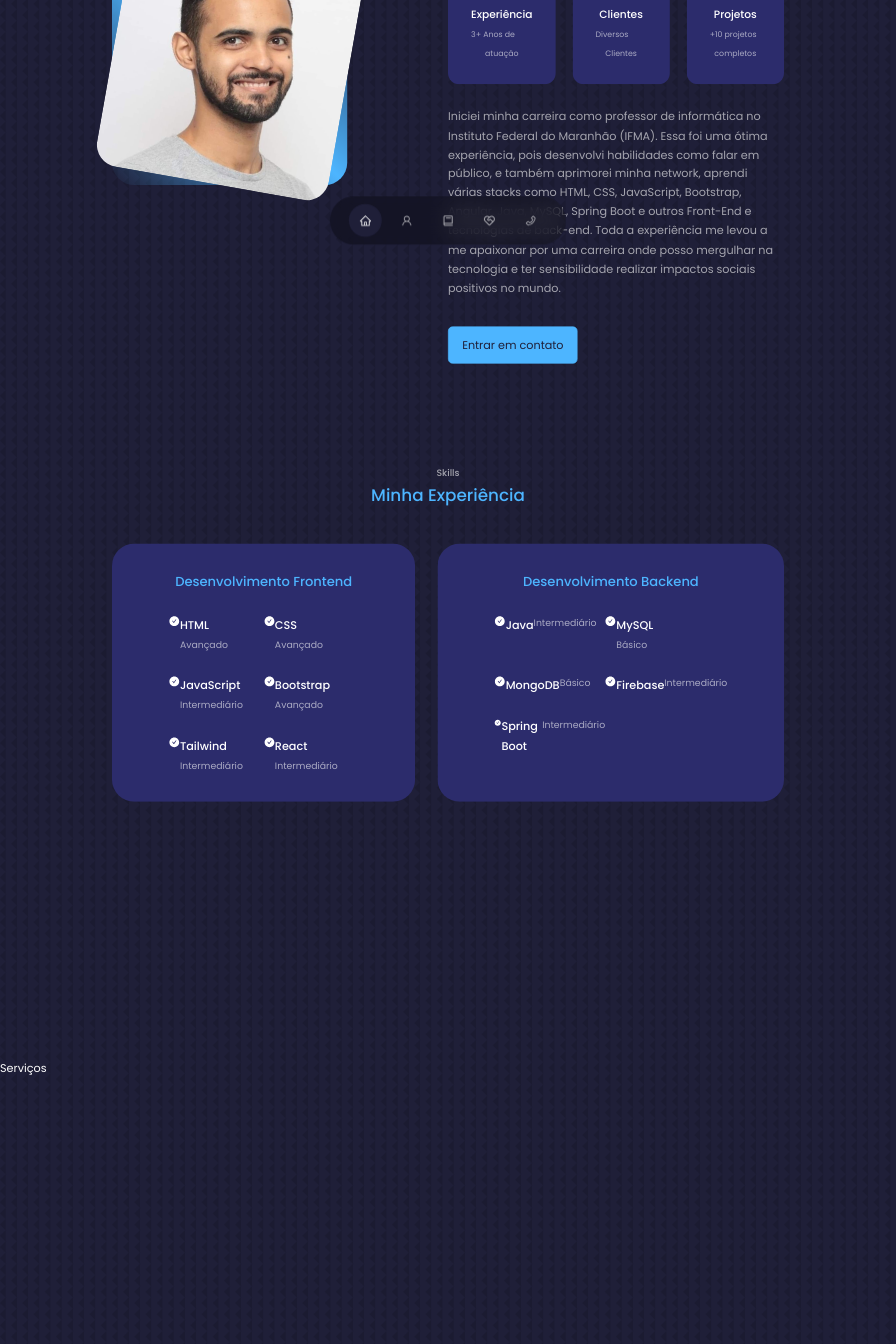
Repository: Mardoqueu/react-portfolio-website
Page: /
An editor plug-in stored every save of this project. The page is shown before and after a run of saves, followed by the edit.
The browser window is 1280 px wide. The pictures show the part of the page from y = 339 to 2259 px (the page is 5142 px tall), at 70% of full size.
The project was rebuilt for these pictures with package versions that can differ from the ones it lists, and the page was loaded fresh each time. Also part of the build but not shown: src/components/header/header.css, src/components/services/services.css, src/components/portfolio/portfolio.css, src/components/testimonials/testimonials.css, src/components/contact/contact.css, src/components/footer/footer.css.

Above is the page before, as saved 2022-10-23 10:21:13.

### src/index.js
import ReactDom from 'react-dom';
import App from './App';
import './index.css';

ReactDom.render(<App/>, document.querySelector("#root"));

### src/App.jsx
import React from 'react'
import Header from './components/header/Header'
import Nav from './components/nav/Nav'
import About from './components/about/About'
import Experience from './components/experience/Experience'
import Services from './components/services/Services'
import Portfolio from './components/portfolio/Portfolio'
import Testimonials from './components/testimonials/Testimonials'
import Contact from './components/contact/Contact'
import Footer from './components/footer/Footer'


export const App = () => {
  return (
    <>
        <Header/>
        <Nav/>
        <About/>
        <Experience/>
        <Services/>
        <Portfolio/>
        <Testimonials/>
        <Contact/>
        <Footer/>
    </>
  )
}

export default App

### src/index.css
@import url('https://fonts.googleapis.com/css2?family=Poppins:wght@300;400;500;600&display=swap');

* {
    margin: 0;
    padding: 0;
    border: 0;
    outline: 0;
    box-sizing: border-box;
    list-style: none;
    text-decoration: none;
}

:root{
    --color-bg: #1f1f38;
    --color-bg-variant: #2c2c6c;
    --color-primary: #4db5ff;
    --color-primary-variant: rgba(77, 181, 255, 0.4);
    --color-white: #fff;
    --color-light: rgba(255, 255, 255, 0.6);

    --transition: all 400ms ease;

    --container-width-lg: 75%;
    --container-width-md: 86%;
    --container-width-sm: 90%;
}

html{
    scroll-behavior: smooth;
}

::-webkit-scrollbar{
    display: none;
}

body {
    font-family: 'Poppins', sans-serif;
    background: var(--color-bg);
    color: var(--color-white);
    line-height: 1.7;
    background-image: url(../src/assets/bg-texture.png);
}

/* ============== General Styles ============== */
.container {
    width: var(--container-width-lg);
    margin: 0 auto;
}

h1,
h2,
h3,
h4,
h5 {
    font-weight: 500;
}

h1{
    font-size: 2.5rem;
}

section{
    margin-top: 8rem;
    height: 100vh;
}

section > h2, section > h5{
    text-align: center;
    color: var(--color-light);
}

section > h2 {
    color: var(--color-primary);
    margin-bottom: 3rem;
}

.text-light {
    color:var(--color-light);
}

a{
    color: var(--color-primary);
    transition: var(--transition);
}

a:hover{
    color: var(--color-white);
}

.btn{
    width: max-content;
    display: inline-block;
    color: var(--color-primary);
    padding: 0.75rem 1.2rem;
    border-radius: 0.4rem;
    cursor: pointer;
    border: 1px solid var(--color-primary);
    transition: var(--transition);
}

.btn:hover{
    background: var(--color-white);
    color: var(--color-bg);
    border-color: transparent;
}

.btn-primary{
    background: var(--color-primary);
    color: var(--color-bg);
}

img{
    display: block;
    width: 100%;
    justify-content: center;
    object-fit: cover;
}

/* ================ MEDIA QUERIES (MEDIUM DEVICES) ================ */
@media screen and (max-width: 1024px){
    .container{
        width: var(--container-width-md);
    }

    section {
        margin-top: 6rem;
    }
}

/* ================ MEDIA QUERIES (SMALL DEVICES) ================ */
@media screen and (max-width: 600px){
    .container{
        width: var(--container-width-sm);
    }

    section > h2 {
        margin-bottom: 2rem;
    }
}

### src/components/header/Header.jsx
import React from 'react'
import './header.css'
const header = () => {
  return (
    <div>header</div>
  )
}

export default header

### src/components/nav/Nav.jsx
import React from 'react'
import "./nav.css"
import {AiOutlineHome} from 'react-icons/ai'
import {AiOutlineUser} from 'react-icons/ai'
import {BiBook} from 'react-icons/bi'
import {RiServiceLine} from 'react-icons/ri'
import {AiOutlinePhone} from 'react-icons/ai'
import { useState } from 'react'

const Nav = () => {
  const [activeNav, setActiveNav] = useState('#');
  return (
    <nav>
      <a href="#" onClick={() => setActiveNav('#')} class={activeNav === '#' ? 'active' : ''}><AiOutlineHome/></a>
      <a href="#about" onClick={() => setActiveNav('#about')} class={activeNav === '#about' ? 'active' : ''}><AiOutlineUser/></a>
      <a href="#experience"  onClick={() => setActiveNav('#experience')} class={activeNav === '#experience' ? 'active' : ''}><BiBook/></a>
      <a href="#services" onClick={() => setActiveNav('#services')} class={activeNav === '#services' ? 'active' : ''}><RiServiceLine/></a>
      <a href="#contact" onClick={() => setActiveNav('#contact')} class={activeNav === '#contact' ? 'active' : ''}><AiOutlinePhone/></a>

    </nav>
  )
}

export default Nav

### src/components/about/About.jsx
import React from 'react'
import './about.css';
import ME from '../../assets/me-about.jpg'
import {FaAward} from 'react-icons/fa'
import {FiUsers} from 'react-icons/fi'
import {VscFolderLibrary} from 'react-icons/vsc'


const About = () => {
  return (
    <section id='about'>
      <h5>Venha me conhecer</h5>
      <h2>Sobre mim</h2>


      <div className='container about__container'>
        <div className='about__me'>
              <div className='about__me-image'>
                <img src={ME} alt="About"></img>
              </div>
          </div>

          <div className='about__content'>
              <div className='about__cards'>
                <article className='about__card'>
                  <FaAward className='about__icon'/>
                  <h5>Experiência</h5>
                  <small>3+ Anos de atuação</small>
                </article>

                <article className='about__card'>
                  <FiUsers className='about__icon'/>
                  <h5>Clientes</h5>
                  <small>Diversos Clientes</small>
                </article>

                <article className='about__card'>
                  <VscFolderLibrary className='about__icon'/>
                  <h5>Projetos</h5>
                  <small>+10 projetos completos</small>
                </article>
              </div>

              <p>
              Iniciei minha carreira como professor de informática no Instituto Federal do Maranhão (IFMA). Essa foi uma ótima experiência, pois desenvolvi habilidades como falar em público, e também aprimorei minha network, aprendi várias stacks como HTML, CSS, JavaScript, Bootstrap, Angular, Java, MySQL, Spring Boot e outros Front-End e tecnologias de back-end. Toda a experiência me levou a me apaixonar por uma carreira onde posso mergulhar na tecnologia e ter sensibilidade realizar impactos sociais positivos no mundo.
              </p>

              <a href='#contact' className='btn btn-primary'>Entrar em contato</a>
          </div>
      </div>
    </section>
  )
}

export default About

### src/components/experience/Experience.jsx
import React from 'react'
import './experience.css'
import {AiFillCheckCircle} from 'react-icons/ai'
const Experience = () => {
  return (
    <section id='experience'>
      <h5>Skills</h5>
      <h2>Minha Experiência</h2>

      <div className='container experience__container'>
          <div className='experience__frontend'>
            <h3>Desenvolvimento Frontend</h3>
            <div className='experience__content'>
              <article className='experience__details'>
                <AiFillCheckCircle/>
                <div>
                  <h4>HTML</h4>
                  <small className='text-light'>Avançado</small>
                </div>
              </article>
              <article className='experience__details'>
                <AiFillCheckCircle/>
                <div>
                  <h4>CSS</h4>
                  <small className='text-light'>Avançado</small>
                </div>
              </article>
              <article className='experience__details'>
                <AiFillCheckCircle/>
                <div>
                  <h4>JavaScript</h4>
                  <small className='text-light'>Intermediário</small>
                </div>
              </article>
              <article className='experience__details'>
                <AiFillCheckCircle/>
                <div>
                  <h4>Bootstrap</h4>
                  <small className='text-light'>Avançado</small>
                </div>
              </article>
              <article className='experience__details'>
                <AiFillCheckCircle/>
                <div>
                  <h4>Tailwind</h4>
                  <small className='text-light'>Intermediário</small>
                </div>
              </article>
              <article className='experience__details'>
                <AiFillCheckCircle/>
                <div>
                  <h4>React</h4>
                  <small className='text-light'>Intermediário</small>
                </div>
              </article>
            </div>
          </div>
          {/*End of Frontend*/}

          <div className='experience__backend'>
            <h3>Desenvolvimento Backend</h3>
            <div className='experience__content'>
              <article className='experience__details'>
                <AiFillCheckCircle/>
                <h4>Java</h4>
                <small className='text-light'>Intermediário</small>
              </article>
              <article className='experience__details'>
                <AiFillCheckCircle/>
                <div>
                  <h4>MySQL</h4>
                  <small className='text-light'>Básico</small>
                </div>
              </article>
              <article className='experience__details'>
                <AiFillCheckCircle/>
                <h4>MongoDB</h4>
                <small className='text-light'>Básico</small>
              </article>
              <article className='experience__details'>
                <AiFillCheckCircle/>
                <h4>Firebase</h4>
                <small className='text-light'>Intermediário</small>
              </article>
              <article className='experience__details'>
                <AiFillCheckCircle/>
                <h4>Spring Boot</h4>
                <small className='text-light'>Intermediário</small>
              </article>
            </div>
          </div>

        </div>
    </section>
  )
}

export default Experience

### src/components/services/Services.jsx
import React from 'react'
import './services.css'
const Services = () => {
  return (
    <section id='services'>Serviços</section>
  )
}

export default Services

### src/components/portfolio/Portfolio.jsx
import React from 'react'
import './portfolio.css'
const Portfolio = () => {
  return (
    <section id='portfolio'>Portifólio</section>
  )
}

export default Portfolio

### src/components/testimonials/Testimonials.jsx
import React from 'react'
import './testimonials.css'
const Testimonials = () => {
  return (
    <section id='testimonials'>Recomendações</section>
  )
}

export default Testimonials

### src/components/footer/Footer.jsx
import React from 'react'
import './footer.css';
const Nav = () => {
  return (
    <div>Footer</div>
  )
}

export default Nav

### src/components/nav/nav.css
nav{
    background: rgb(0, 0, 0, 0.3);
    width: max-content;
    display: block;
    padding: 0.7rem 1.7rem;
    z-index: 2;
    position: fixed;
    left: 50%;
    transform: translateX(-50%);
    bottom: 2rem;
    display: flex;
    gap: 0.8rem;
    border-radius: 3rem;
    backdrop-filter: blur(15px);
}

nav a {
    background: transparent;
    padding: 0.9rem;
    border-radius: 50%;
    display: flex;
    color: var(--color-light);
    font-size: 1.1rem;
}

nav a:hover{
    background: var(--color-light);
}

nav a.active {
    background: var(--color-bg);
    color: var(--color-white);
}

### src/components/about/about.css
.about__container{
    display: grid;
    grid-template-columns: 35% 50%;
    gap: 15%;
}

.about__me{
    width: 100%;
    aspect-ratio: 1/1;
    border-radius: 2rem;
    background: linear-gradient(
        45deg,
        transparent,
        var(--color-primary),
        transparent
    );
    display: grid;
    place-items: center;

}
.about__me-image{
    border-radius: 2rem;
    overflow: hidden;
    transform: rotate(10deg);
    transition: var(--transition);
}

.about__me-image:hover{
    transform: rotate(0deg);
}

.about__cards {
    display: grid;
    grid-template-columns: repeat(3, 1fr);
    gap: 1.5rem;
}

.about__card{
    background: var(--color-bg-variant);
    border: 1px solid transparent;
    border-radius: 1rem;
    padding: 2rem;
    text-align-last: center;
    transform: var(--transition);
}

.about__card:hover{
    background: transparent;
    border-color: var(--color-primary-variant);
    cursor: default;
}

.about__icon {
    color: var(--color-primary);
    font-size: 1.4rem;
    margin-bottom: 1rem;
}

.about__card h5 {
    font-size: 0.95rem;
}


.about__card small {
    font-size: 0.7rem;
    color: var(--color-light)
}

.about__content p{
    margin: 2rem 0 2.6rem;
    color: var(--color-light);
}

/* ================ MEDIA QUERIES (MEDIUM DEVICES) ================ */
@media screen and (max-width: 1024px){
    .about__container{
        grid-template-columns: 1fr;
        gap: 0;
    }

    .about__me{
        width: 50%;
        margin: 2rem auto 4rem;
    }

    .about__content p {
        margin: 1rem 0 1.5rem;
    }
}

/* ================ MEDIA QUERIES (SMALL DEVICES) ================ */
@media screen and (max-width: 600px){
    .about__me {
        width: 65%;
        margin: 0 auto 3rem;
    }

    .about__cards{
        grid-template-columns: 1fr 1fr;
        gap: 1rem;
    }

    .about__content{
        text-align: center;
    }

    .about__content p{
        margin: 1.5rem 0;
    }
}

### src/components/experience/experience.css
.experience__container{
    display: grid;
    grid-template-columns: 1fr 1fr;
    gap: 2rem;
}

.experience__container > div {
    background: var(--color-bg-variant);
    padding: 2.4rem 5rem;
    border-radius: 2rem;
    border: 1px solid transparent;
    transition: var(--transition);
}

.experience__container > div:hover{
    background: transparent;
    border-color: var(--color-primary-variant);
    cursor: default;
}

.experience__container > div h3{
    text-align: center;
    margin-bottom: 2rem;
    color: var(--color-primary);
}

.experience__content{
    display: grid;
    grid-template-columns: 1fr 1fr;
    row-gap: 2rem;
}

.experience__details {
    display: flex;

}

Loaded but not shown: public/index.html (common file); src/components/contact/Contact.jsx (common file); src/components/services/services.css (no copy from this time; the picture is the same without it)

After the next 8 saves:
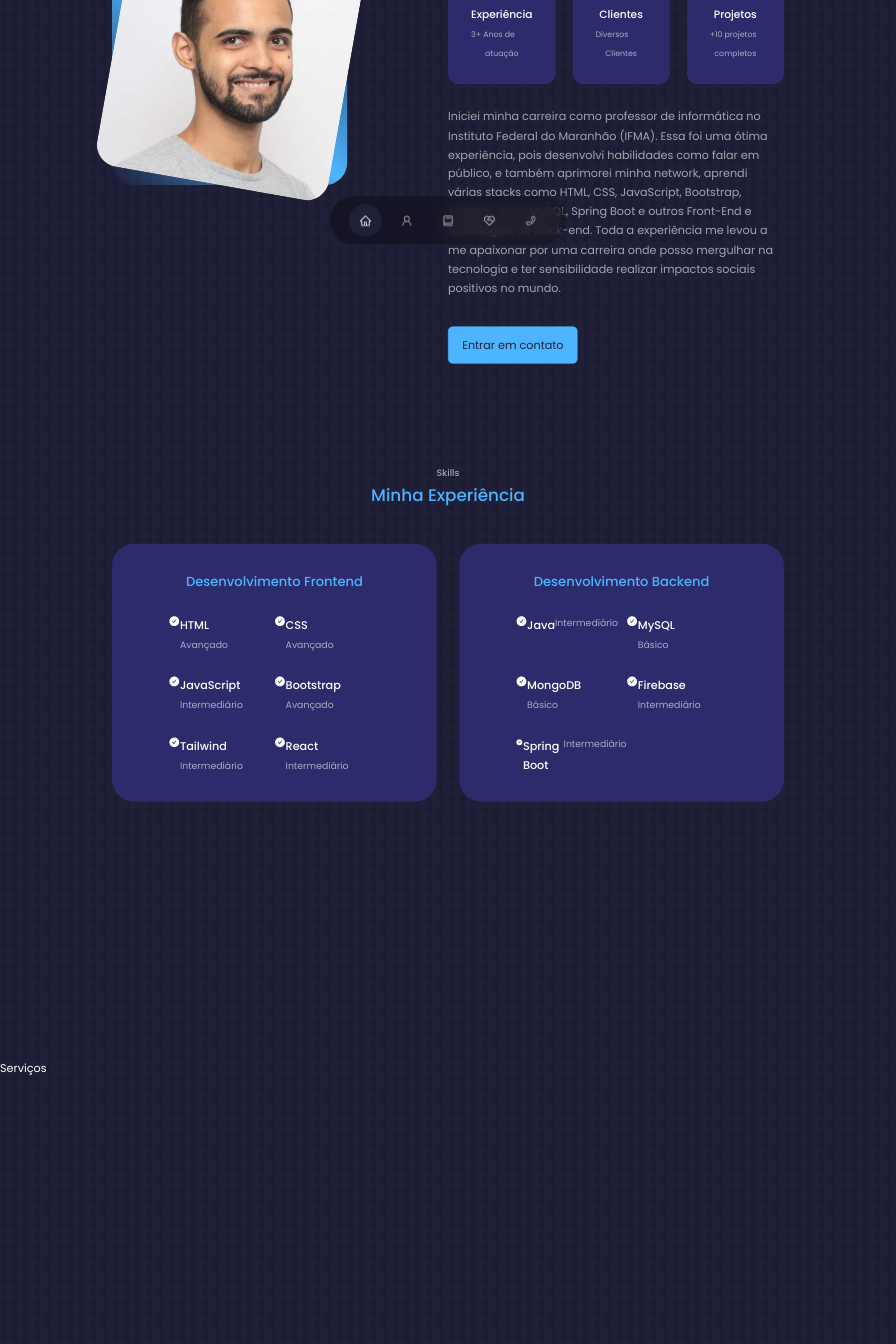
The 8 saves are shown as one change because 1 did not build or start and some came seconds apart.
The last was saved 23 s later.
--- a/src/components/experience/Experience.jsx
+++ b/src/components/experience/Experience.jsx
@@ -74,13 +74,17 @@
               </article>
               <article className='experience__details'>
                 <AiFillCheckCircle/>
-                <h4>MongoDB</h4>
-                <small className='text-light'>Básico</small>
+                <div>
+                  <h4>MongoDB</h4>
+                  <small className='text-light'>Básico</small>
+                </div>
               </article>
               <article className='experience__details'>
                 <AiFillCheckCircle/>
-                <h4>Firebase</h4>
-                <small className='text-light'>Intermediário</small>
+                <div>
+                  <h4>Firebase</h4>
+                  <small className='text-light'>Intermediário</small>
+                </div>
               </article>
               <article className='experience__details'>
                 <AiFillCheckCircle/>
